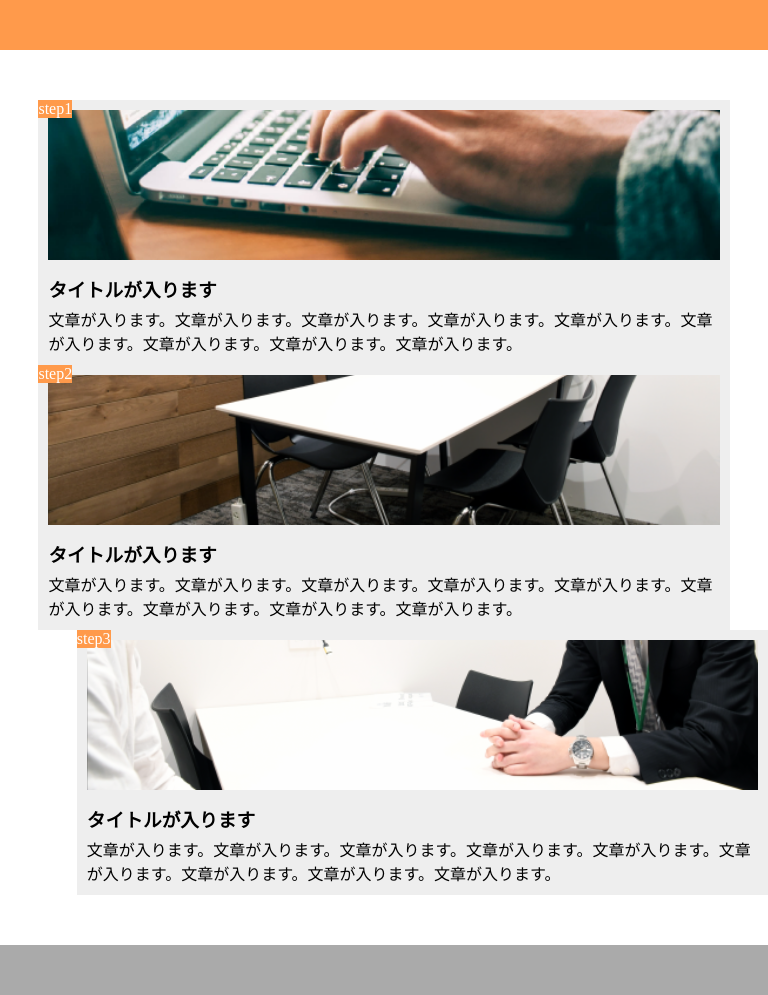
Repository: ochi11/html-practice
Page: exe9/index9.html
The author's editor kept a record of every edit. The page is drawn from the files as they stood at one moment, then again after the next edit.
The browser window is 768 px wide. The pictures show the whole page.

Above is the page before.

After the next edit:
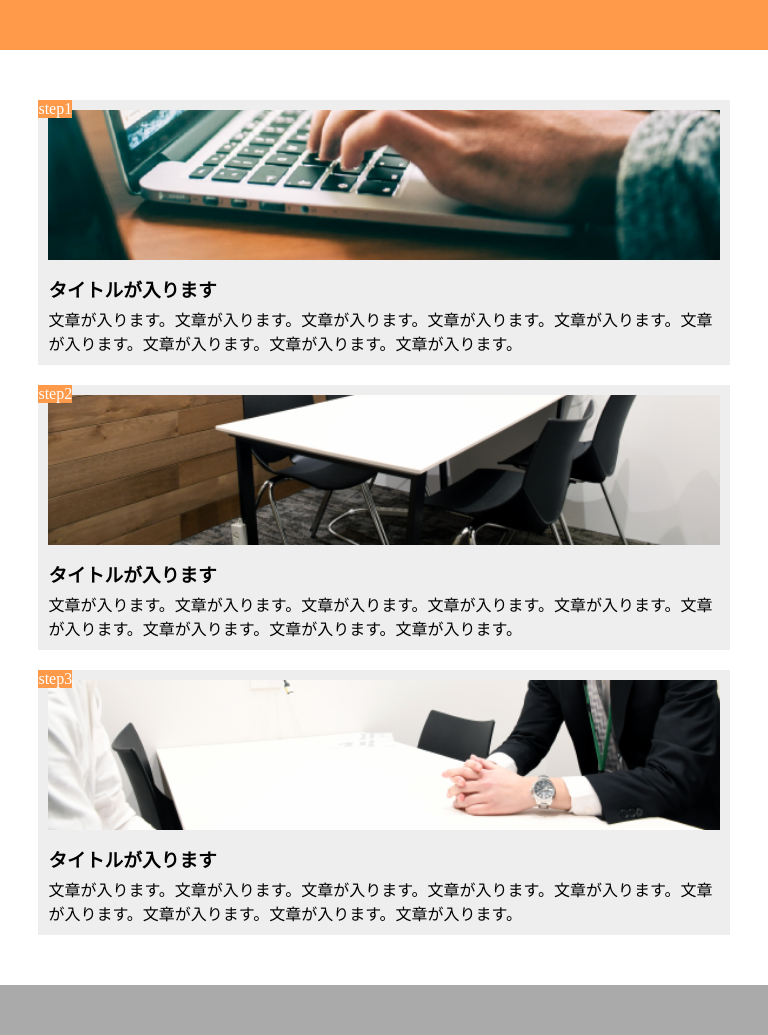
The edit:
--- a/exe9/style9.css
+++ b/exe9/style9.css
@@ -80,8 +80,12 @@
   .step-box {
     width: 90%;
     margin:0 auto;
+    margin-bottom: 20px;
+  }
 
-  }
+  .step-box:last-child {
+  margin: 0 auto;
+}
 
   .step-img1 {
     height: 150px;
